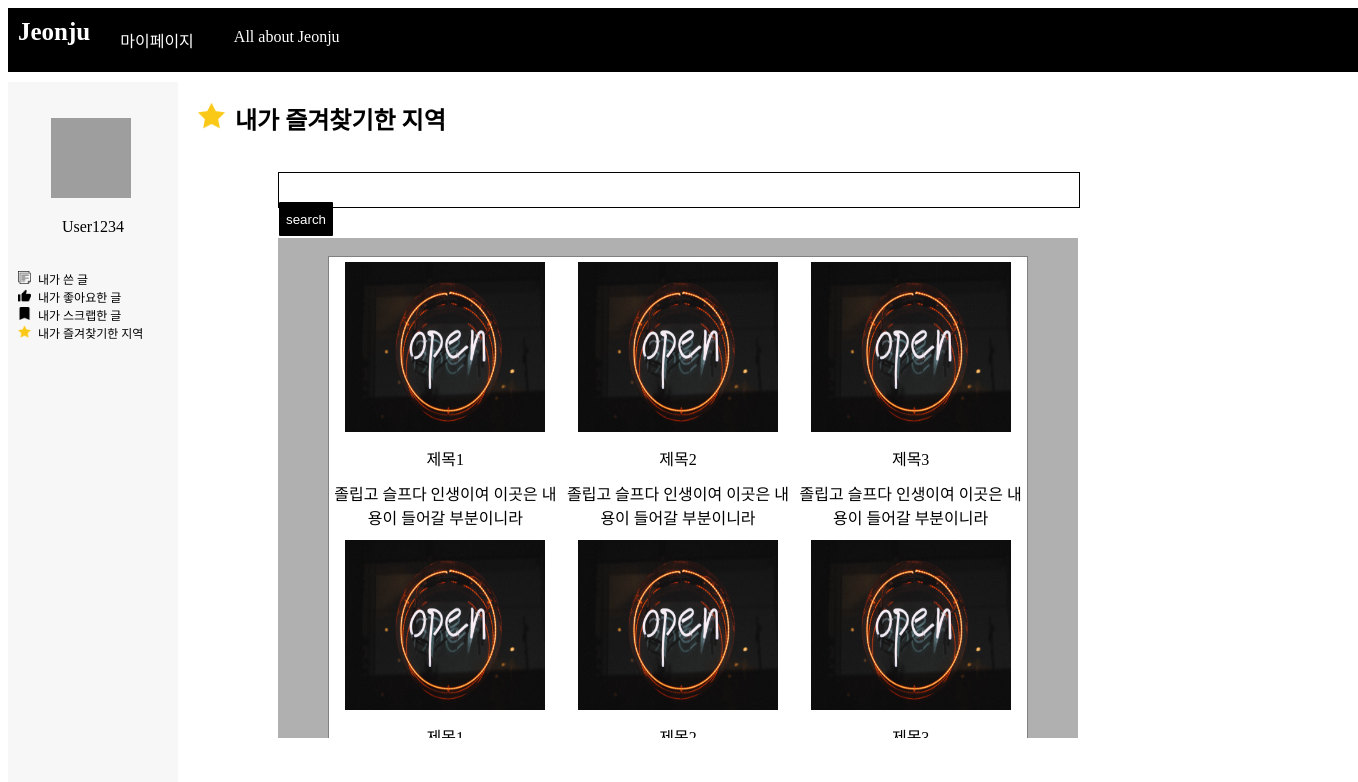
Repository: wka99/WEB-PROJECT
Page: Jeonju/WebContent/UserPage4.html
These files come from the project's save history. The page is drawn as it stood at one moment and after the next save; the edit follows.
The browser window is 1280 px wide. The page is 1358 px wide, so the pictures cover 1358 px, including what lies to the right of the window. The pictures show the whole page.
Pictures or frames that could not be fetched are drawn as grey boxes. An inner scrolling area shows only its first screen.

Above is the page before, as saved 2018-12-03 09:34:09.

After the next save:
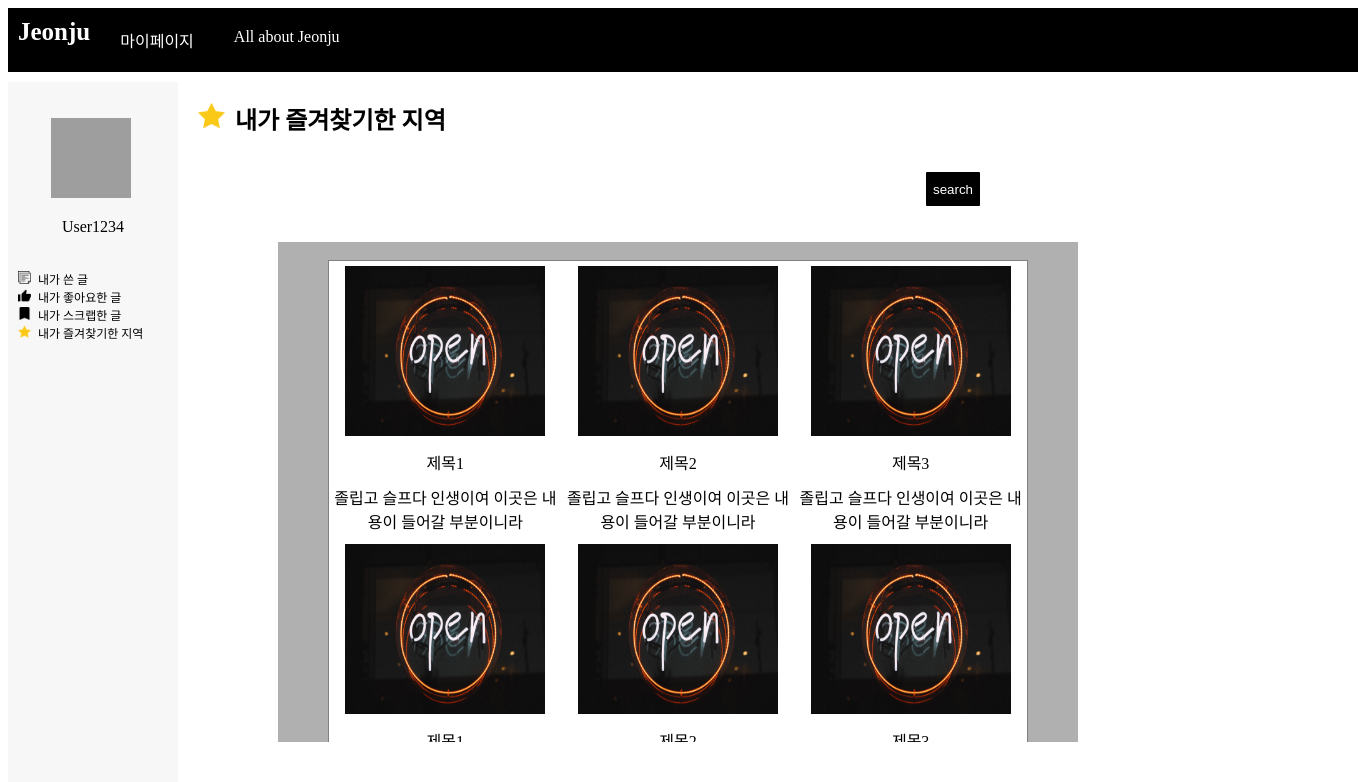
Saved 23 s later.
--- a/Jeonju/WebContent/UserPage4.html
+++ b/Jeonju/WebContent/UserPage4.html
@@ -40,9 +40,9 @@
     		<b><font size="5">&nbsp;내가 즐겨찾기한 지역</font></b>
     	</div>
     	<br><br>
-    	<div class="searchwindow">
+    	<div class="searchwindow4">
     		<input type="text" class="searchtext" value=""/>
-    		<button id="searchbutton4" type="button" class="search">search</button>
+    		<button id="searchbutton" type="button" class="search">search</button>
     	</div>
     	<br><br>
     	<div class="bookmark_posts">

After the save that followed:
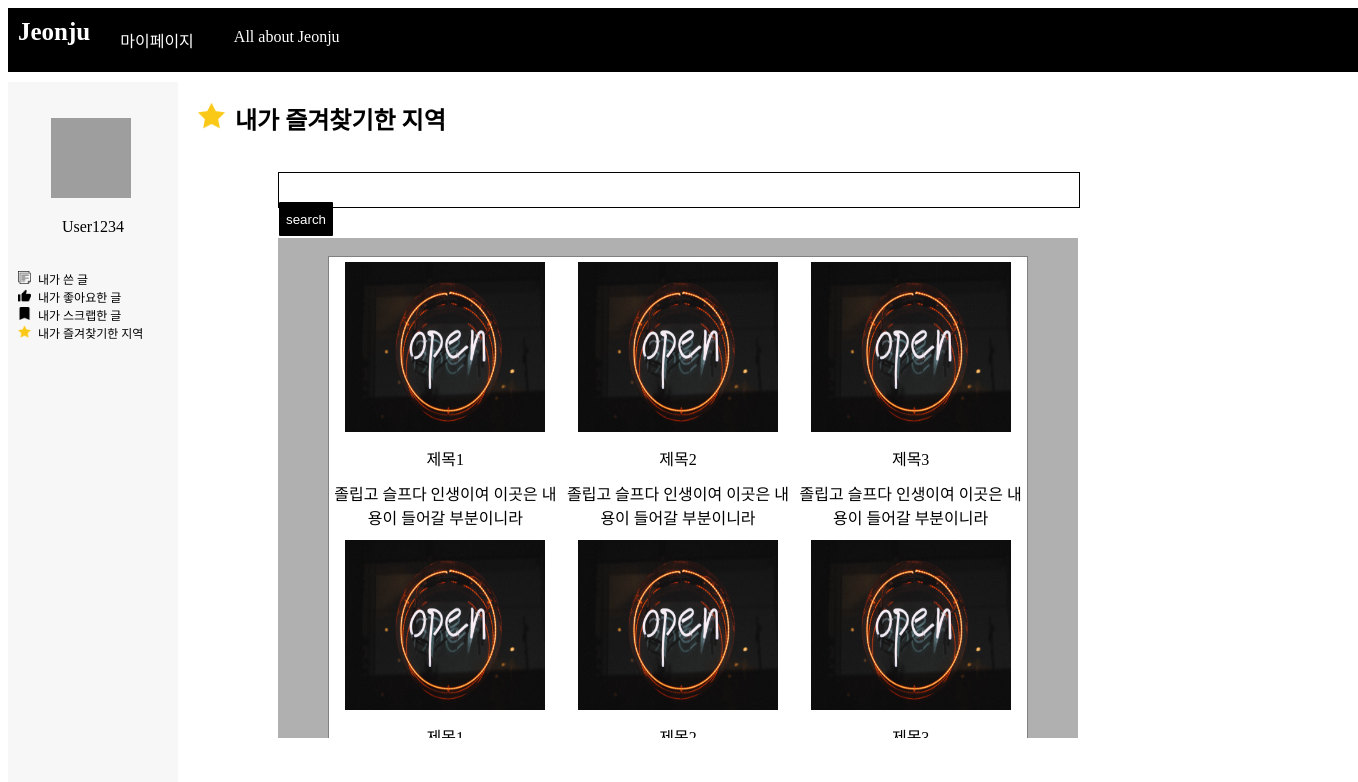
Saved 12 s later.
--- a/Jeonju/WebContent/UserPage4.html
+++ b/Jeonju/WebContent/UserPage4.html
@@ -40,7 +40,7 @@
     		<b><font size="5">&nbsp;내가 즐겨찾기한 지역</font></b>
     	</div>
     	<br><br>
-    	<div class="searchwindow4">
+    	<div class="searchwindow">
     		<input type="text" class="searchtext" value=""/>
     		<button id="searchbutton" type="button" class="search">search</button>
     	</div>
